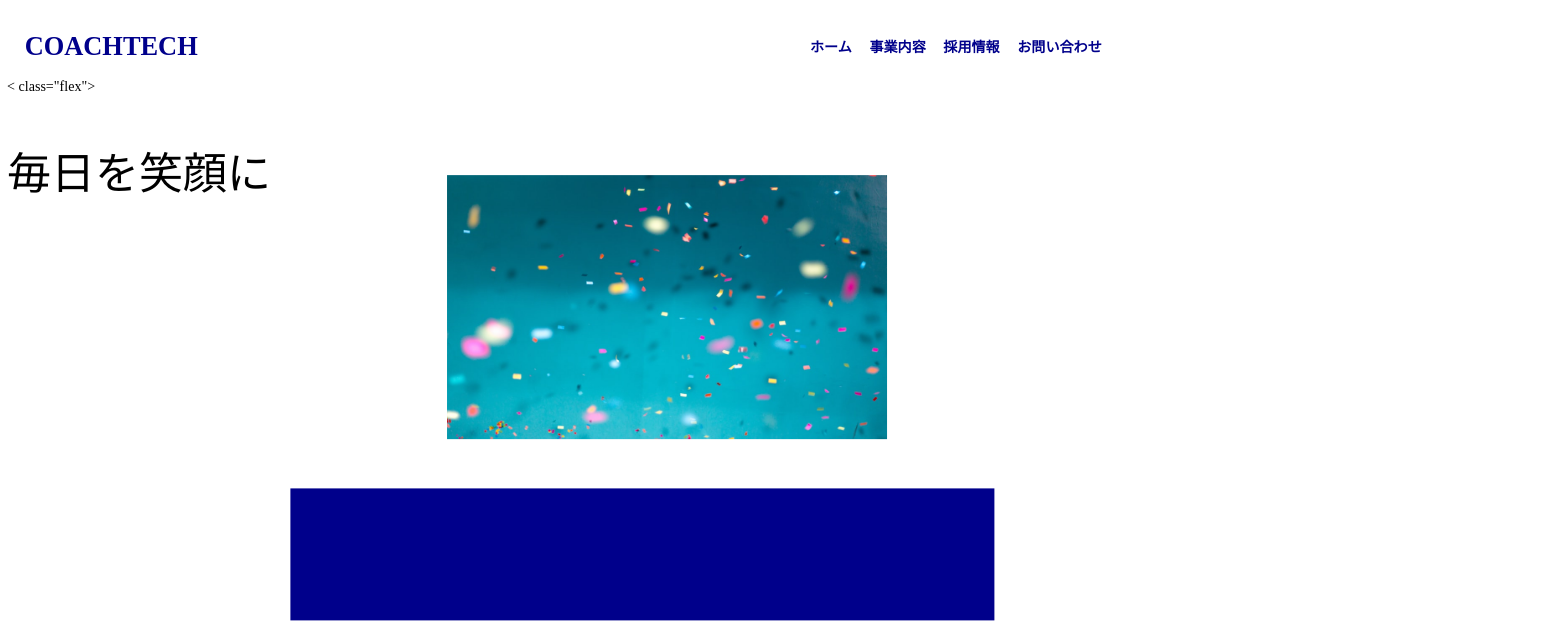
Repository: moro-ayu3/20230213_morohoshi
Page: index.html
These files come from the project's save history. The page is drawn as it stood at one moment and after a run of saves; the edit follows.
The browser window is 1280 px wide. The page is 1772 px wide, so the pictures cover 1772 px, including what lies to the right of the window. The pictures show the whole page, at 88% of full size.

Above is the page before, as saved 2023-02-14 10:37:31.

### index.html
<!DOCTYPE html>
<html lang="ja">

  <head>
    <meta charset="UTF-8" />
    <meta name="viewport" content="width=device-width, initial-scale=1.0" />
    <title>css演習問題</title>
    <link rel="stylesheet" href="./style.css">
  </head>

  <body>
   <header class="header">
    <h1 class="header-ttl">
     COACHTECH
    </h1>
    <ul class="header-list">
      <li class="header-item">ホーム</li><li class="header-item">事業内容</li><li class="header-item">採用情報</li><li class="header-item">お問い合わせ</li>
   </ul>
   </header>
   <main>
    <div>
    < class="flex">
     <p class="main-ttl">毎日を笑顔に</p>
     <div class="relative img">
      <img src="img/firstview.jpeg" width="500" height="300"alt="firstview">
     </div>
     <div class="absolute blue-box"></div>
    </div>
   </main>
  </body>

</html>

### style.css
.header {
  display: flex;
  justify-content: space-between;
  align-items: center;
  margin-top: 15px;
  color: #00008b;
}

.header-ttl {
  font-size: 30px;
  margin-left: 20px;
}

.header-list {
  display: flex;
  font-weight: bold;
  list-style: none;
}

.header-item {
  margin-right: 20px;
}

.main-ttl {
  display: flex;
  flex-direction: row;
  color: black;
  font-size: 50px;
}

.relative {
  position: relative;
  bottom: 80px;
  left: 500px;
  z-index: 10;
}

.img {
  width: 100%;
  height: auto;
}

.absolute {
  position: absolute;
  bottom: 15px;
  right: 150px;
  z-index: 0;
}

.blue-box {
  display: flex;
  width: 800px;
  height: 150px;
  background-color: #00008b;
}

After the next 2 saves:
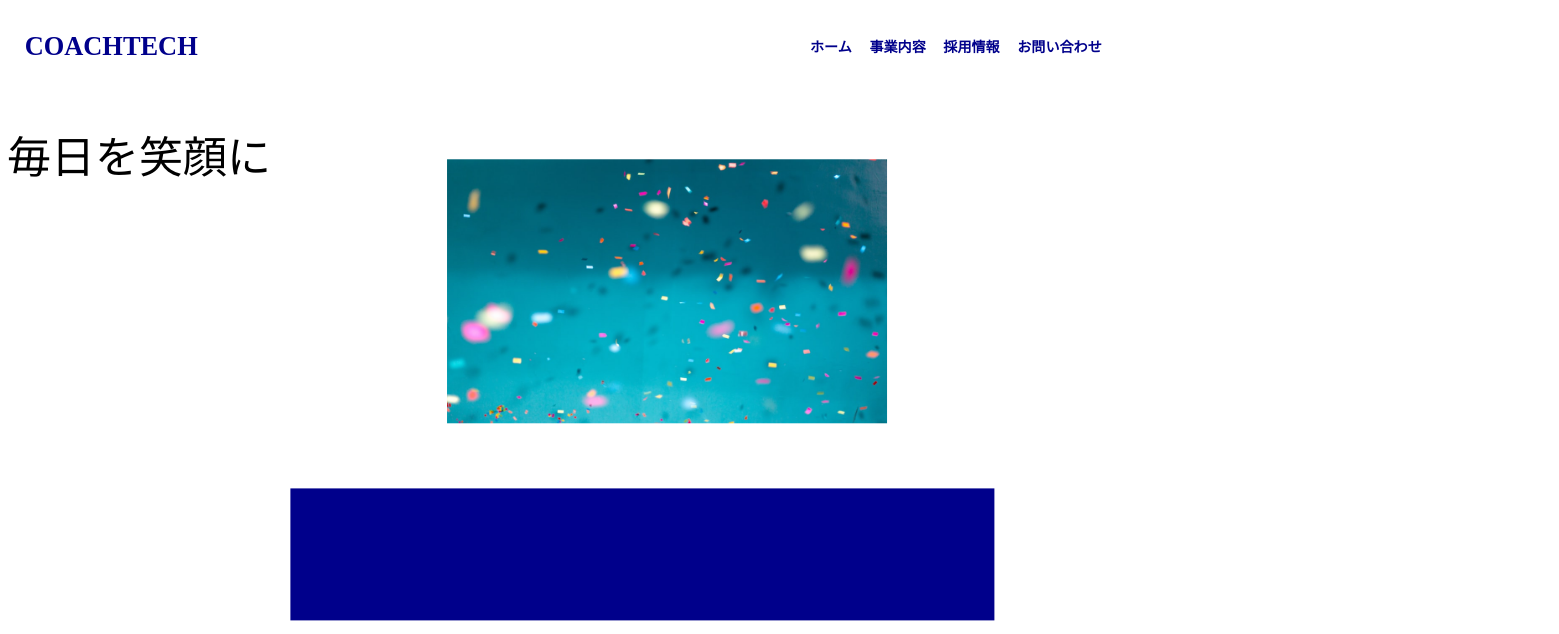
The 2 saves are shown as one change because they came seconds apart.
The last was saved 8 s later.
--- a/index.html
+++ b/index.html
@@ -19,7 +19,7 @@
    </header>
    <main>
     <div>
-    < class="flex">
+    <div class="flex">
      <p class="main-ttl">毎日を笑顔に</p>
      <div class="relative img">
       <img src="img/firstview.jpeg" width="500" height="300"alt="firstview">
